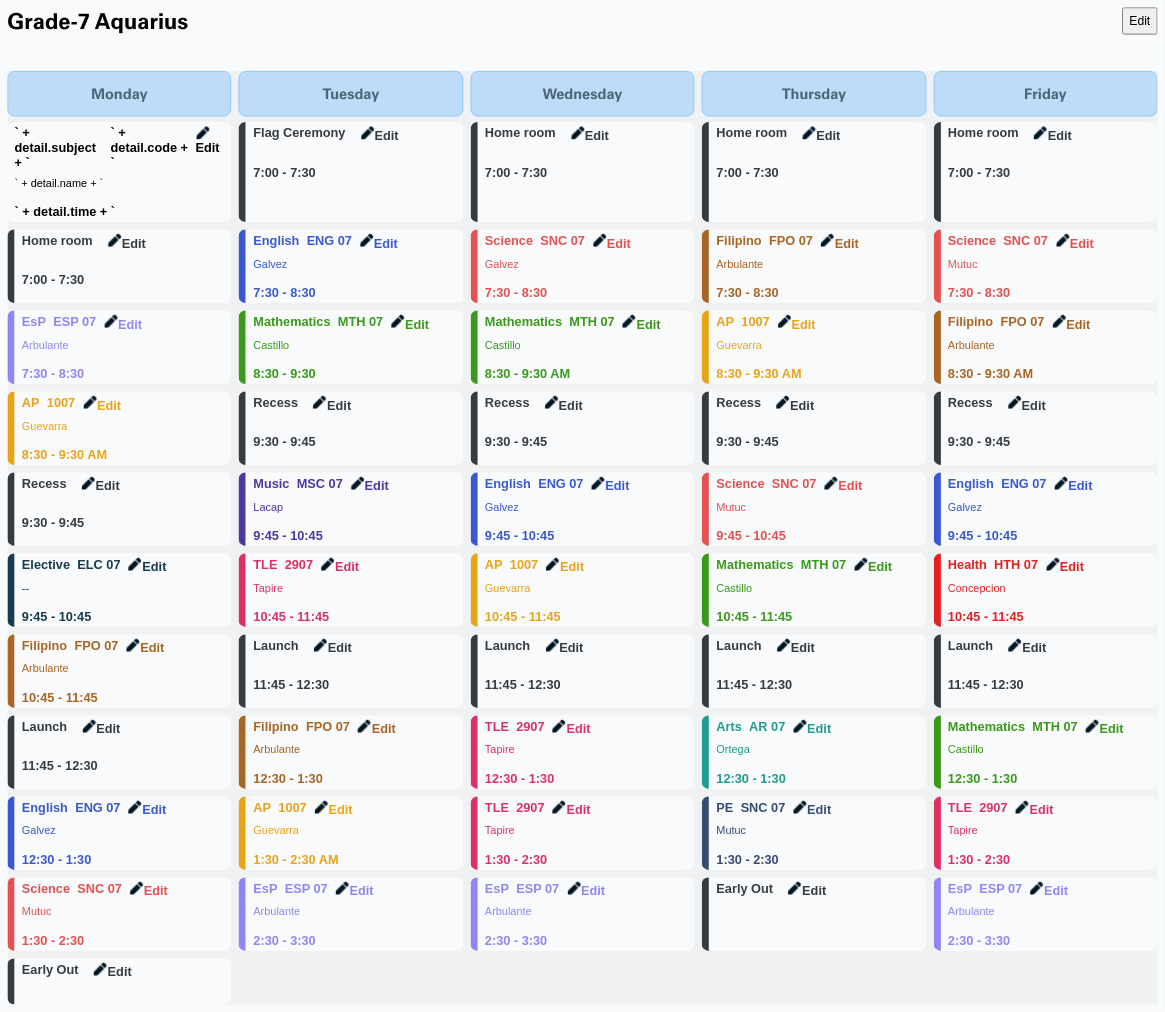
Repository: kentdrlo/prototype
Page: timetable.html
An editor plug-in stored every save of this project. The page is shown before and after the next save, followed by the edit.
The browser window is 1280 px wide. The pictures show the whole page, at 91% of full size.
An inner scrolling area shows only its first screen.

Above is the page before, as saved 2025-05-29 09:28:11.

After the next save:
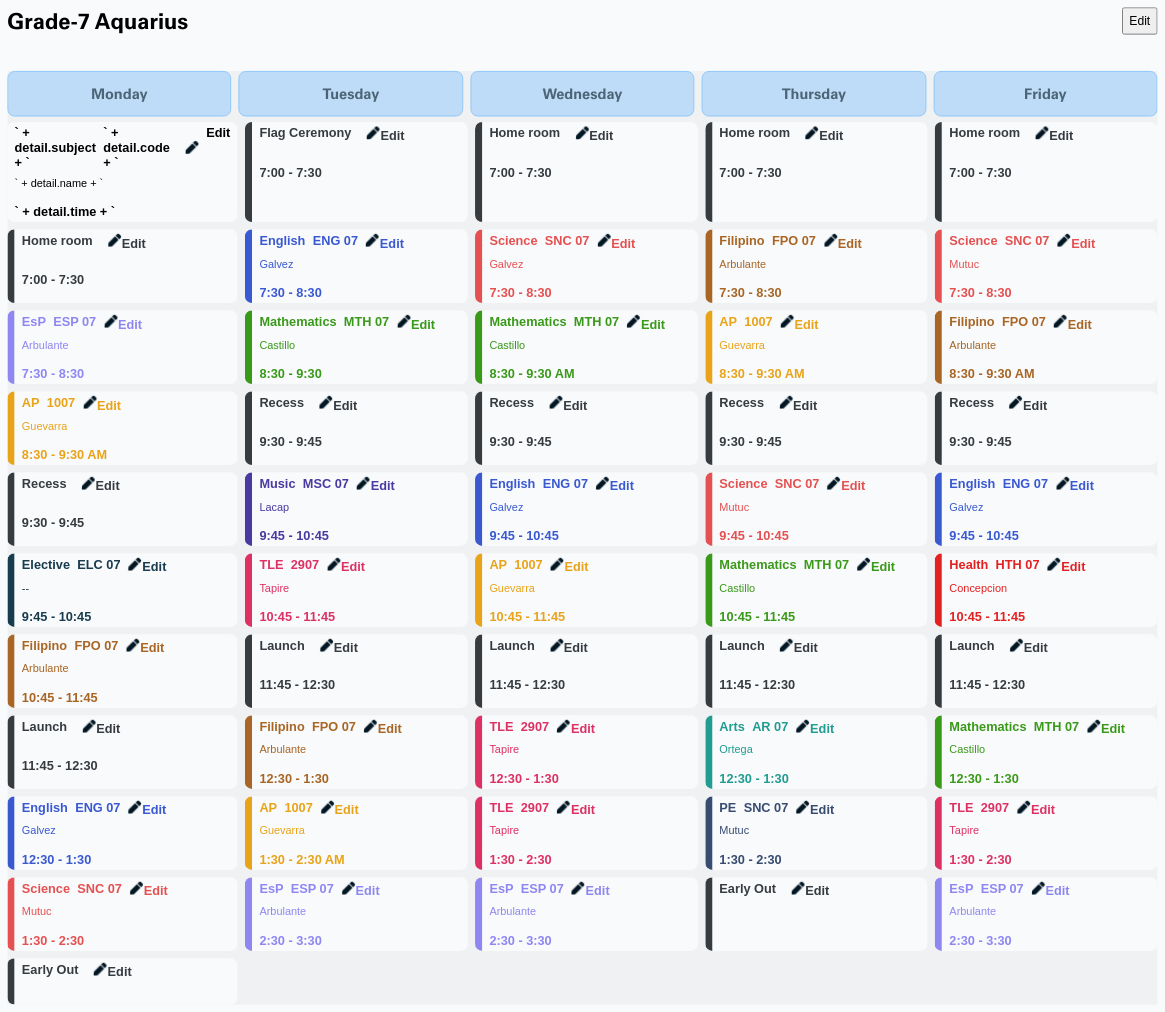
Saved 17 s later.
--- a/timetable.html
+++ b/timetable.html
@@ -25,9 +25,8 @@
                 <div class="subject-detail-wrapper">
                   <div class="subject-name">` + detail.subject + `</div>
                   <div class="subject-code">` + detail.code + `</div>
-                  <div class="edit">
-                    <img src="src/assets/icons/edit.svg" />Edit
-                  </div>
+                  <div class="edit"></div>
+                  <img src="src/assets/icons/edit.svg" />Edit
                 </div>
               </div>
               <div class="teacher-name">` + detail.name + `</div>
